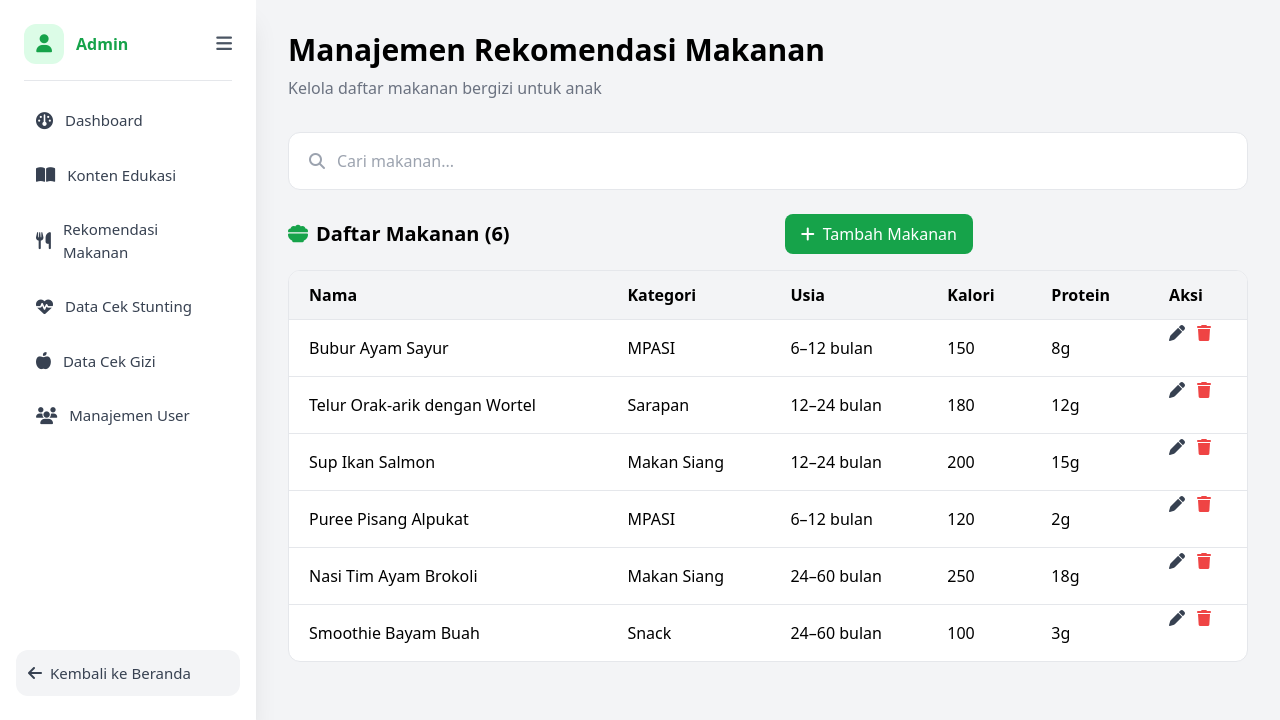
Repository: crashyet/stunting-cerdas
Page: http://localhost/admin/rekomendasi-makanan/create
The author's editor kept a copy of each file at every save. The page is drawn from the files as they stood at one save, then again after the next save.
The browser window is 1280 px wide. The pictures show the whole page.
Some web libraries are served in a nearby version. The page is served by the project's Laravel application, run on PHP 8.4 with Laravel 12. A made-up administrator, Test User (test@example.com), is signed in.

Above is the page before, as saved 2025-12-10 16:39:13.

After the next save:
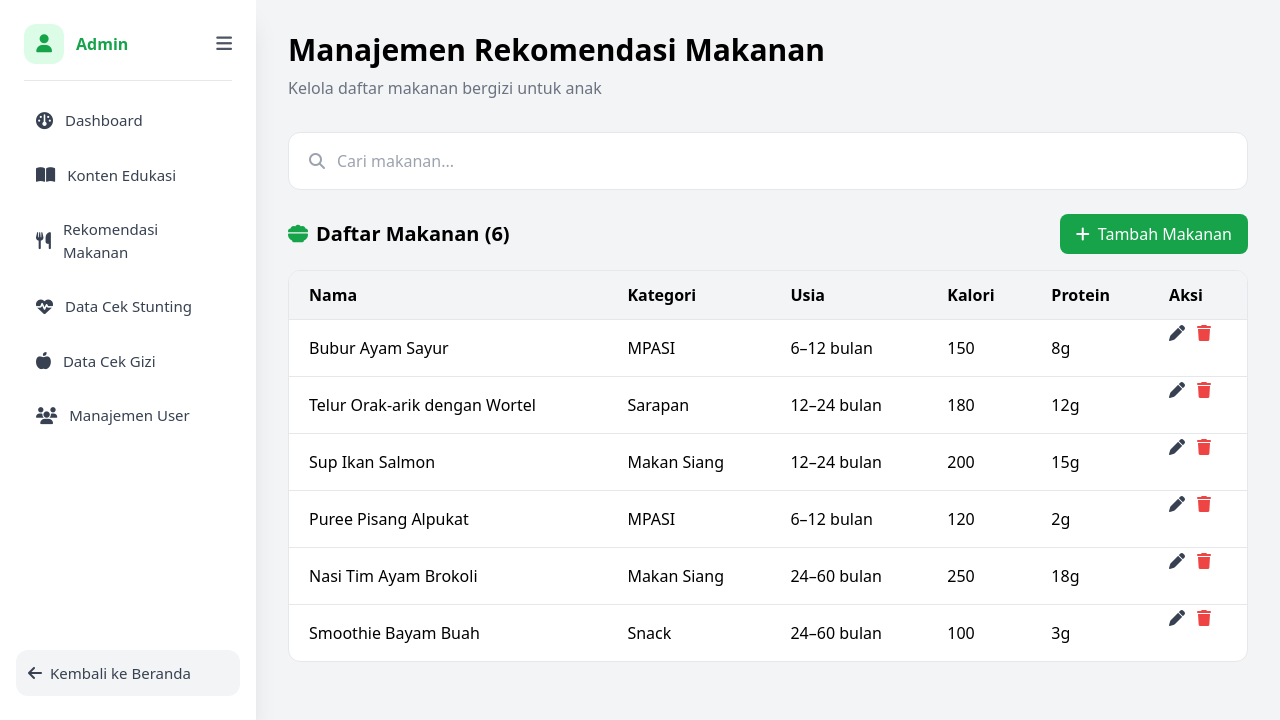
Saved 5 s later.
--- a/resources/views/admin/rekomendasi-makanan.blade.php
+++ b/resources/views/admin/rekomendasi-makanan.blade.php
@@ -7,7 +7,6 @@
 @endsection
 
 @section('content')
-<script src="https://cdn.jsdelivr.net/npm/alpinejs@3.x.x/dist/cdn.min.js" defer></script>
 
 <div class="flex flex-col animate-[fadeUp_.5s_ease-out]">
 
@@ -29,130 +28,10 @@
             Daftar Makanan (6)
         </h2>
 
-        {{-- BUTTON TAMBAH (Trigger Modal) --}}
-<button @click="openModal = true"
-    class="px-4 py-2 bg-green-600 hover:bg-green-700 text-white rounded-lg flex items-center gap-2">
-    <i class="fa-solid fa-plus"></i> Tambah Makanan
-</button>
-
-{{-- MODAL OVERLAY --}}
-<div x-data="{ openModal: false }">
-
-    <template x-if="openModal">
-        <div class="fixed inset-0 z-50 flex items-center justify-center">
-
-            {{-- BACKDROP --}}
-            <div @click="openModal = false"
-                 class="absolute inset-0 bg-black/40 backdrop-blur-sm animate-fadeIn">
-            </div>
-
-            {{-- MODAL CARD --}}
-            <div class="relative bg-white rounded-xl shadow-lg z-50 w-full max-w-2xl p-6 animate-scaleIn">
-
-                {{-- HEADER --}}
-                <div class="flex justify-between items-center mb-3">
-                    <h2 class="text-lg font-semibold">Tambah Makanan Baru</h2>
-                    <button @click="openModal = false" class="text-gray-500 hover:text-black">
-                        <i class="fa-solid fa-xmark text-xl"></i>
-                    </button>
-                </div>
-
-                {{-- FORM --}}
-                <form action="{{ route('admin.rekomendasi.store') }}" method="POST" class="space-y-4">
-                    @csrf
-
-                    {{-- Nama + Kategori --}}
-                    <div class="grid grid-cols-2 gap-4">
-                        <div>
-                            <label class="text-sm font-medium">Nama Makanan</label>
-                            <input name="judul" required
-                                   class="w-full h-10 border rounded-md px-3 focus:ring-2 focus:ring-green-500">
-                        </div>
-                        <div>
-                            <label class="text-sm font-medium">Kategori</label>
-                            <input name="kategori" placeholder="MPASI, Sarapan..." required
-                                   class="w-full h-10 border rounded-md px-3 focus:ring-2 focus:ring-green-500">
-                        </div>
-                    </div>
-
-                    {{-- Usia & porsi --}}
-                    <div class="grid grid-cols-3 gap-4">
-                        <div>
-                            <label class="text-sm font-medium">Rentang Usia</label>
-                            <input name="usia" placeholder="6–12 bulan" required
-                                   class="w-full h-10 border rounded-md px-3 focus:ring-2 focus:ring-green-500">
-                        </div>
-                        <div>
-                            <label class="text-sm font-medium">Kalori</label>
-                            <input type="number" name="kalori" required
-                                   class="w-full h-10 border rounded-md px-3 focus:ring-2 focus:ring-green-500">
-                        </div>
-                        <div>
-                            <label class="text-sm font-medium">Porsi</label>
-                            <input name="porsi" placeholder="100-150 gram" required
-                                   class="w-full h-10 border rounded-md px-3 focus:ring-2 focus:ring-green-500">
-                        </div>
-                    </div>
-
-                    {{-- Nutrisi --}}
-                    <div class="grid grid-cols-3 gap-4">
-                        <div>
-                            <label class="text-sm font-medium">Protein (g)</label>
-                            <input name="protein" required
-                                   class="w-full h-10 border rounded-md px-3 focus:ring-2 focus:ring-green-500">
-                        </div>
-                        <div>
-                            <label class="text-sm font-medium">Karbo (g)</label>
-                            <input name="karbo" required
-                                   class="w-full h-10 border rounded-md px-3 focus:ring-2 focus:ring-green-500">
-                        </div>
-                        <div>
-                            <label class="text-sm font-medium">Lemak (g)</label>
-                            <input name="lemak" required
-                                   class="w-full h-10 border rounded-md px-3 focus:ring-2 focus:ring-green-500">
-                        </div>
-                    </div>
-
-                    {{-- Vitamin --}}
-                    <div>
-                        <label class="text-sm font-medium">Vitamin (pisahkan dengan koma)</label>
-                        <input name="vitamin" placeholder="Vitamin A, C, Zat Besi"
-                               class="w-full h-10 border rounded-md px-3 focus:ring-2 focus:ring-green-500">
-                    </div>
-
-                    {{-- Tips --}}
-                    <div>
-                        <label class="text-sm font-medium">Tips (pisahkan enter)</label>
-                        <textarea name="tips"
-                                  class="w-full border rounded-md px-3 py-2 h-24 focus:ring-2 focus:ring-green-500"></textarea>
-                    </div>
-
-                    {{-- Submit --}}
-                    <button class="w-full bg-green-600 hover:bg-green-700 text-white py-2 rounded-lg font-semibold">
-                        Tambah Makanan
-                    </button>
-
-                </form>
-            </div>
-        </div>
-    </template>
-</div>
-
-{{-- ANIMATION --}}
-<style>
-@keyframes fadeIn {
-    from { opacity: 0; }
-    to   { opacity: 1; }
-}
-@keyframes scaleIn {
-    from { opacity: 0; transform: scale(0.95); }
-    to   { opacity: 1; transform: scale(1); }
-}
-.animate-fadeIn { animation: fadeIn 0.2s ease-out; }
-.animate-scaleIn { animation: scaleIn 0.2s ease-out; }
-</style>
-
-
+        <a href="#"
+           class="px-4 py-2 bg-green-600 hover:bg-green-700 text-white rounded-lg flex items-center gap-2">
+            <i class="fa-solid fa-plus"></i> Tambah Makanan
+        </a>
     </div>
 
     {{-- TABEL --}}
